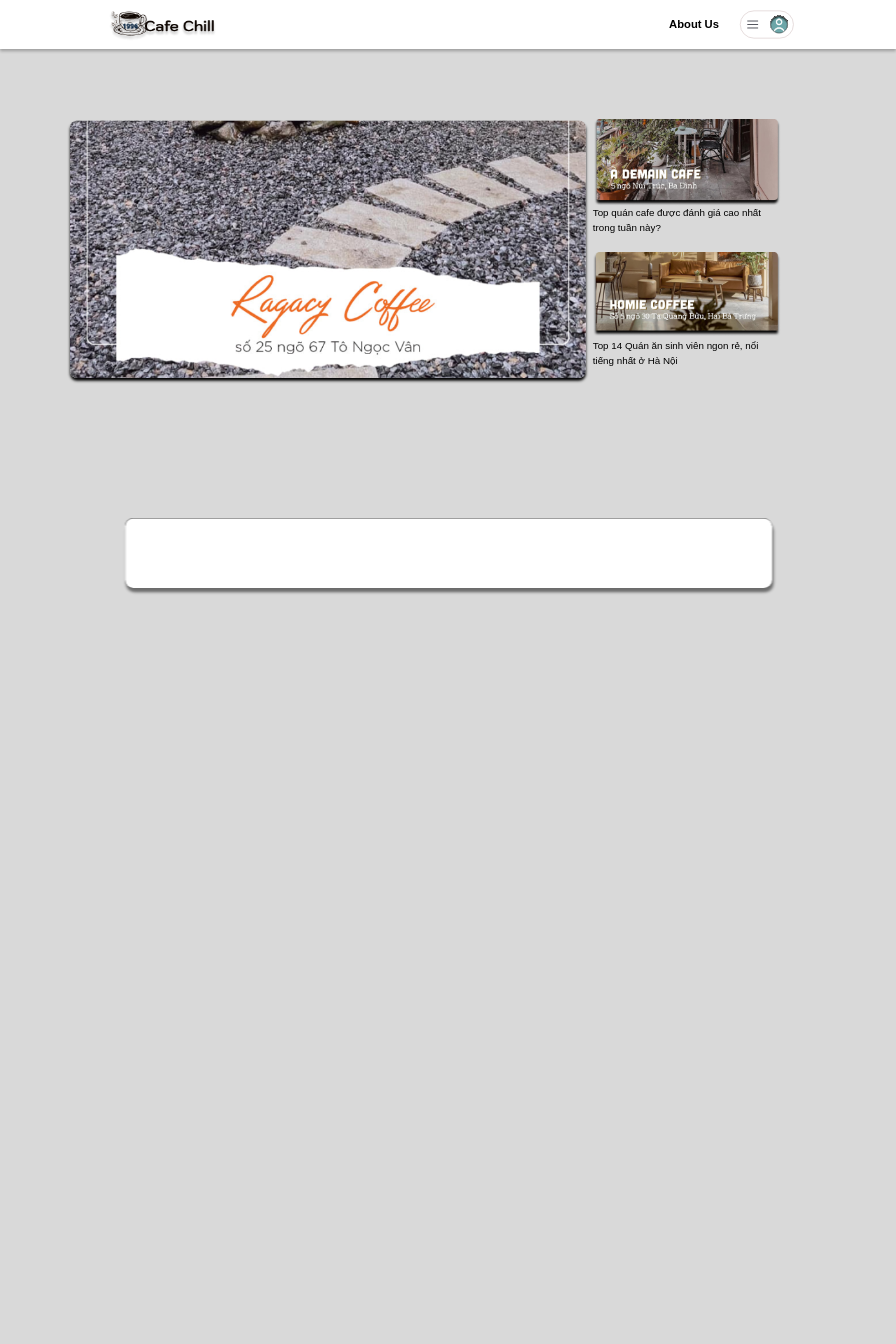
Repository: eriklehnsher/CafeReview-Vue3
Page: /
The author's editor kept a copy of each file at every save. The page is drawn from the files as they stood at one save, then again after the next save.
The browser window is 1280 px wide. The pictures show the part of the page from y = 0 to 1920 px (the page is 7200 px tall), at 70% of full size.
Some web fonts or font styles are not loaded; a fallback is used. The project was rebuilt for these pictures with package versions that can differ from the ones it lists, and the page was loaded fresh each time. Also part of the build but not shown: vue.config.js.

Above is the page before, as saved 2023-10-06 16:34:32.

### public/index.html
<!DOCTYPE html>
<html lang="">
  <head>
    <meta charset="utf-8">
    <meta http-equiv="X-UA-Compatible" content="IE=edge">
    <meta name="viewport" content="width=device-width,initial-scale=1.0">
    <link rel="icon" href="<%= BASE_URL %>LOGO.ico">
    <title><%= htmlWebpackPlugin.options.title %></title>
  </head>
  <body>
    <noscript>
      <strong>We're sorry but <%= htmlWebpackPlugin.options.title %> doesn't work properly without JavaScript enabled. Please enable it to continue.</strong>
    </noscript>
    <div id="app"></div>
    <!-- built files will be auto injected -->
  </body>
</html>

### src/main.js
import "bootstrap/dist/css/bootstrap.css";
import { createApp } from 'vue'
import App from './App.vue'

createApp(App).mount('#app')

import "bootstrap/dist/js/bootstrap.js"

### src/App.vue
<template>
  <Header class="header-app" />
  <HomePage class="homepage-app" />
</template>

<script>
import Header from "./components/Header.vue";
import HomePage from "./components/HomePage.vue";

export default {
  name: "App",
  components: {
    HomePage,
    Header,
  },
};
</script>

<style>
@import url("https://fonts.googleapis.com/css2?family=ABeeZee&display=swap");

body {
  margin: 0px;
}
#app {
  background: #d9d9d9;
  height: 1000vh;
  -webkit-font-smoothing: antialiased;
  -moz-osx-font-smoothing: grayscale;

  font-family: "ABeeZee", sans-serif;
}
.header-app {
  position: sticky;
  top: 0;
}

</style>

### src/components/Header.vue
<template>
  <div class="header">
    <div class="container">
      <nav class="navbar navbar-expand-lg">
        <div class="container-fluid">
          <img src="../assets/logo.png" alt="" class="logo" />

          <div class="collapse navbar-collapse" id="navbarSupportedContent">
            <ul class="navbar-nav me-auto mb-2 mb-lg-0"></ul>
            <div class="btn-group">
              <a class="header-about" href="">About Us</a>
              <div
                type="button"
                class="Author"
                data-bs-toggle="dropdown"
                aria-expanded="false"
              >
                <svg
                  xmlns="http://www.w3.org/2000/svg"
                  width="25"
                  height="40"
                  viewBox="0 0 42 40"
                  fill="none"
                >
                  <path
                    d="M8.59375 11.6667H32.6562"
                    stroke="#33363F"
                    stroke-width="2"
                    stroke-linecap="round"
                  />
                  <path
                    d="M8.59375 20H32.6562"
                    stroke="#33363F"
                    stroke-width="2"
                    stroke-linecap="round"
                  />
                  <path
                    d="M8.59375 28.3333H32.6562"
                    stroke="#33363F"
                    stroke-width="2"
                    stroke-linecap="round"
                  />
                </svg>
                <svg
                  width="30"
                  height="50"
                  viewBox="0 0 50 50"
                  fill="none"
                  xmlns="http://www.w3.org/2000/svg"
                >
                  <g filter="url(#filter0_i_102_131)">
                    <path
                      fill-rule="evenodd"
                      clip-rule="evenodd"
                      d="M4.1665 25C4.1665 13.4941 13.4939 4.16669 24.9998 4.16669C36.5058 4.16669 45.8332 13.4941 45.8332 25C45.8332 31.693 42.6771 37.6488 37.7719 41.4603C36.9132 38.9522 35.3321 36.7452 33.2181 35.1231C30.8604 33.314 27.9717 32.3334 24.9998 32.3334C22.028 32.3334 19.1393 33.314 16.7816 35.1231C14.6676 36.7452 13.0865 38.9522 12.2277 41.4603C7.32261 37.6488 4.1665 31.693 4.1665 25ZM32.0006 36.7098C33.9555 38.2098 35.3754 40.297 36.0539 42.6621C32.8501 44.6715 29.0607 45.8334 24.9998 45.8334C20.939 45.8334 17.1496 44.6715 13.9457 42.6621C14.6242 40.297 16.0442 38.2098 17.9991 36.7098C20.0075 35.1687 22.4683 34.3334 24.9998 34.3334C27.5314 34.3334 29.9922 35.1687 32.0006 36.7098ZM19.7498 18.75C19.7498 15.8505 22.1003 13.5 24.9998 13.5C27.8993 13.5 30.2498 15.8505 30.2498 18.75C30.2498 21.6495 27.8993 24 24.9998 24C22.1003 24 19.7498 21.6495 19.7498 18.75ZM24.9998 11.5C20.9958 11.5 17.7498 14.746 17.7498 18.75C17.7498 22.7541 20.9958 26 24.9998 26C29.0039 26 32.2498 22.7541 32.2498 18.75C32.2498 14.746 29.0039 11.5 24.9998 11.5Z"
                      fill="#6CA6A8"
                    />
                  </g>
                  <path
                    d="M37.7719 41.4603L37.2989 41.6223L37.5257 42.2848L38.0787 41.8551L37.7719 41.4603ZM33.2181 35.1231L32.9137 35.5198L33.2181 35.1231ZM16.7816 35.1231L17.0859 35.5198L16.7816 35.1231ZM12.2277 41.4603L11.9209 41.8551L12.4739 42.2848L12.7008 41.6223L12.2277 41.4603ZM36.0539 42.6621L36.3196 43.0857L36.6383 42.8858L36.5346 42.5242L36.0539 42.6621ZM32.0006 36.7098L31.6962 37.1065L32.0006 36.7098ZM13.9457 42.6621L13.4651 42.5242L13.3614 42.8858L13.6801 43.0857L13.9457 42.6621ZM17.9991 36.7098L17.6947 36.3131H17.6947L17.9991 36.7098ZM24.9998 3.66669C13.2178 3.66669 3.6665 13.2179 3.6665 25H4.6665C4.6665 13.7702 13.77 4.66669 24.9998 4.66669V3.66669ZM46.3332 25C46.3332 13.2179 36.7819 3.66669 24.9998 3.66669V4.66669C36.2296 4.66669 45.3332 13.7702 45.3332 25H46.3332ZM38.0787 41.8551C43.1005 37.9529 46.3332 31.8539 46.3332 25H45.3332C45.3332 31.5321 42.2536 37.3446 37.4652 41.0655L38.0787 41.8551ZM32.9137 35.5198C34.9494 37.0818 36.472 39.207 37.2989 41.6223L38.245 41.2984C37.3545 38.6973 35.7148 36.4086 33.5225 34.7264L32.9137 35.5198ZM24.9998 32.8334C27.8616 32.8334 30.6434 33.7776 32.9137 35.5198L33.5225 34.7264C31.0775 32.8503 28.0817 31.8334 24.9998 31.8334V32.8334ZM17.0859 35.5198C19.3563 33.7776 22.1381 32.8334 24.9998 32.8334V31.8334C21.918 31.8334 18.9222 32.8503 16.4772 34.7264L17.0859 35.5198ZM12.7008 41.6223C13.5277 39.207 15.0502 37.0818 17.0859 35.5198L16.4772 34.7264C14.2849 36.4086 12.6452 38.6973 11.7547 41.2984L12.7008 41.6223ZM3.6665 25C3.6665 31.8539 6.89917 37.9529 11.9209 41.8551L12.5345 41.0655C7.74605 37.3446 4.6665 31.5321 4.6665 25H3.6665ZM36.5346 42.5242C35.8266 40.0563 34.3449 37.8784 32.305 36.3131L31.6962 37.1065C33.5661 38.5413 34.9243 40.5377 35.5733 42.8L36.5346 42.5242ZM24.9998 46.3334C29.1574 46.3334 33.0385 45.1436 36.3196 43.0857L35.7883 42.2385C32.6617 44.1995 28.964 45.3334 24.9998 45.3334V46.3334ZM13.6801 43.0857C16.9612 45.1436 20.8423 46.3334 24.9998 46.3334V45.3334C21.0357 45.3334 17.3379 44.1995 14.2114 42.2385L13.6801 43.0857ZM17.6947 36.3131C15.6548 37.8784 14.1731 40.0563 13.4651 42.5242L14.4263 42.8C15.0753 40.5377 16.4336 38.5413 18.3035 37.1065L17.6947 36.3131ZM24.9998 33.8334C22.3582 33.8334 19.7904 34.705 17.6947 36.3131L18.3035 37.1065C20.2246 35.6324 22.5784 34.8334 24.9998 34.8334V33.8334ZM32.305 36.3131C30.2092 34.705 27.6415 33.8334 24.9998 33.8334V34.8334C27.4213 34.8334 29.7751 35.6324 31.6962 37.1065L32.305 36.3131ZM24.9998 13C21.8242 13 19.2498 15.5744 19.2498 18.75H20.2498C20.2498 16.1267 22.3765 14 24.9998 14V13ZM30.7498 18.75C30.7498 15.5744 28.1755 13 24.9998 13V14C27.6232 14 29.7498 16.1267 29.7498 18.75H30.7498ZM24.9998 24.5C28.1755 24.5 30.7498 21.9257 30.7498 18.75H29.7498C29.7498 21.3734 27.6232 23.5 24.9998 23.5V24.5ZM19.2498 18.75C19.2498 21.9257 21.8242 24.5 24.9998 24.5V23.5C22.3765 23.5 20.2498 21.3734 20.2498 18.75H19.2498ZM18.2498 18.75C18.2498 15.0221 21.2719 12 24.9998 12V11C20.7196 11 17.2498 14.4698 17.2498 18.75H18.2498ZM24.9998 25.5C21.2719 25.5 18.2498 22.4779 18.2498 18.75H17.2498C17.2498 23.0302 20.7196 26.5 24.9998 26.5V25.5ZM31.7498 18.75C31.7498 22.4779 28.7278 25.5 24.9998 25.5V26.5C29.28 26.5 32.7498 23.0302 32.7498 18.75H31.7498ZM24.9998 12C28.7278 12 31.7498 15.0221 31.7498 18.75H32.7498C32.7498 14.4698 29.28 11 24.9998 11V12Z"
                    fill="white"
                  />
                  <rect
                    x="4.6665"
                    y="4.66669"
                    width="40.6667"
                    height="40.6667"
                    rx="20.3333"
                    stroke="#222222"
                  />
                  <defs>
                    <filter
                      id="filter0_i_102_131"
                      x="3.6665"
                      y="3.66669"
                      width="42.6665"
                      height="46.6667"
                      filterUnits="userSpaceOnUse"
                      color-interpolation-filters="sRGB"
                    >
                      <feFlood flood-opacity="0" result="BackgroundImageFix" />
                      <feBlend
                        mode="normal"
                        in="SourceGraphic"
                        in2="BackgroundImageFix"
                        result="shape"
                      />
                      <feColorMatrix
                        in="SourceAlpha"
                        type="matrix"
                        values="0 0 0 0 0 0 0 0 0 0 0 0 0 0 0 0 0 0 127 0"
                        result="hardAlpha"
                      />
                      <feOffset dy="4" />
                      <feGaussianBlur stdDeviation="2" />
                      <feComposite
                        in2="hardAlpha"
                        operator="arithmetic"
                        k2="-1"
                        k3="1"
                      />
                      <feColorMatrix
                        type="matrix"
                        values="0 0 0 0 0 0 0 0 0 0 0 0 0 0 0 0 0 0 1 0"
                      />
                      <feBlend
                        mode="normal"
                        in2="shape"
                        result="effect1_innerShadow_102_131"
                      />
                    </filter>
                  </defs>
                </svg>
              </div>
              <ul class="dropdown-menu dropdown-menu-end">
                <li><a class="dropdown-item" href="">LogIn</a></li>
                <li><a class="dropdown-item" href="">Sign In</a></li>
                <li><hr class="dropdown-divider" /></li>
                <li><a class="dropdown-item" href="">LogOut</a></li>
              </ul>
            </div>
          </div>
        </div>
      </nav>
    </div>
  </div>
</template>

<script>
export default {};
</script>

<!-- Add "scoped" attribute to limit CSS to this component only -->
<style scoped>
.header {

  box-shadow: 0px 4px 4px 0px rgba(30, 30, 30, 0.3);
  width: 100%;
  height: 70px;
  background-color: #fff;
  display: flex;
  justify-content: space-between;
  align-items: center;
  transition: 0.6s;
}
.container {
  padding: 10px 5%;
}
.logo {
  width: auto;
  height: 80px;
}
.logo:hover {
  cursor: pointer;
}
a {
  font-size: 16px;
  font-weight: 700;
  text-decoration: none;
  color: #000;
  margin-right: 20px;
}
a:hover {
  color: #000;
}
.Author {
  border-radius: 50px;
  border: 1px solid #dbcfcf;
  background: #fff;
  width: auto;
  height: 40px;
  display: inline-flex;
  flex-direction: row;
  justify-content: space-around;
  align-items: center;
  gap: 10px;
  padding: 5px;
}
.Author:hover {
  cursor: pointer;
  box-shadow: 0px 4px 4px 0px rgba(83, 80, 80, 0.25);
}
.dropdown-menu {
  margin-top: 10px;
  right: 5px;
  border: 1px solid #dbcfcf;
  border-radius: 5px;
  box-shadow: 0px 4px 4px 0px rgba(83, 80, 80, 0.25);
}
.dropdown-item {
  font-size: 14px;
  font-weight: 300;
}
.btn-group {
  display: flex;
  flex-direction: row;
  justify-content: space-around;
  align-items: center;
  gap: 10px;
}
</style>

### src/components/HomePage.vue
<template>
  <div class="homepage">

      <div class="banner">
        <div class="banner-flex d-flex">
          <div class="">
            <img
              src="../assets/images/images-slider1.png"
              class="banner-bg d-block w-100"
              alt="..."
            />
            <!-- <div
            id=""
            class="carousel slide"
            data-bs-ride="carousel"
          >
            <div class="carousel-inner">
              <div class="carousel-item active">
                <img
                  src="../assets/images/images-slider1.png"
                  class="d-block w-100"
                  alt="..."
                />
              </div>
              <div class="carousel-item">
                <img
                  src="../assets/images/images-slider2.png"
                  class="d-block w-100"
                  alt="..."
                />
              </div>
              <div class="carousel-item">
                <img
                  src="../assets/images/images-slider3.png"
                  class="d-block w-100"
                  alt="..."
                />
              </div>
              <div class="carousel-item">
                <img
                  src="../assets/images/images-slider4.png"
                  class="d-block w-100"
                  alt="..."
                />
              </div>
            </div>
          </div> -->
          </div>
          <div class="promo">
            <div class="promo-1">
              <img class="promo-img" src="../assets/images/promo1.png" alt="" />
              <p class="promo-text">
                Top quán cafe được đánh giá cao nhất trong tuần này?
              </p>
            </div>
            <div class="promo-1 mt-4">
              <img class="promo-img" src="../assets/images/promo2.png" alt="" />
              <p class="promo-text">
                Top 14 Quán ăn sinh viên ngon rẻ, nổi tiếng nhất ở Hà Nội
              </p>
            </div>
          </div>
        </div>

    </div>

    <div class="search-box"></div>
  </div>
</template>

<script>
export default {};
</script>

<!-- Add "scoped" attribute to limit CSS to this component only -->
<style scoped>
.homepage {
  display: flex;
  flex-direction: column;
  justify-content: center;
  align-items: center;
}

.banner {

  padding: 100px 100px;
  height: 100vh;
}

.promo-1:hover {
  cursor: pointer;
}
.promo-text {
  width: 80%;
  height: 100%;
  color: black;
  font-size: 14px;
  font-family: inherit;
  font-weight: 300;
}
.carousel {
  border-radius: 10px;
  box-shadow: 0px 4px 4px 0px #000;
}
.banner-flex {
  display: flex;
  gap: 10px;
  justify-content: center;
  align-items: center;
}
.banner-bg {
  border-radius: 10px;
  box-shadow: 0px 4px 4px 0px #000;
}
.carousel-inner {
  border-radius: 10px;
}
.search-box {
  width: 925px;
  height: 100px;
  border-radius: 12px;
  border-top: 1px solid rgba(0, 0, 0, 0.5);
  border-left: 1px solid rgba(0, 0, 0, 0.5);
  background: #fff;
  box-shadow: 2px 6px 4px 0px rgba(0, 0, 0, 0.5);
  backdrop-filter: blur(2px);
  position: relative;
  z-index: 1;
  top: -50px;
}
</style>

After the next save:
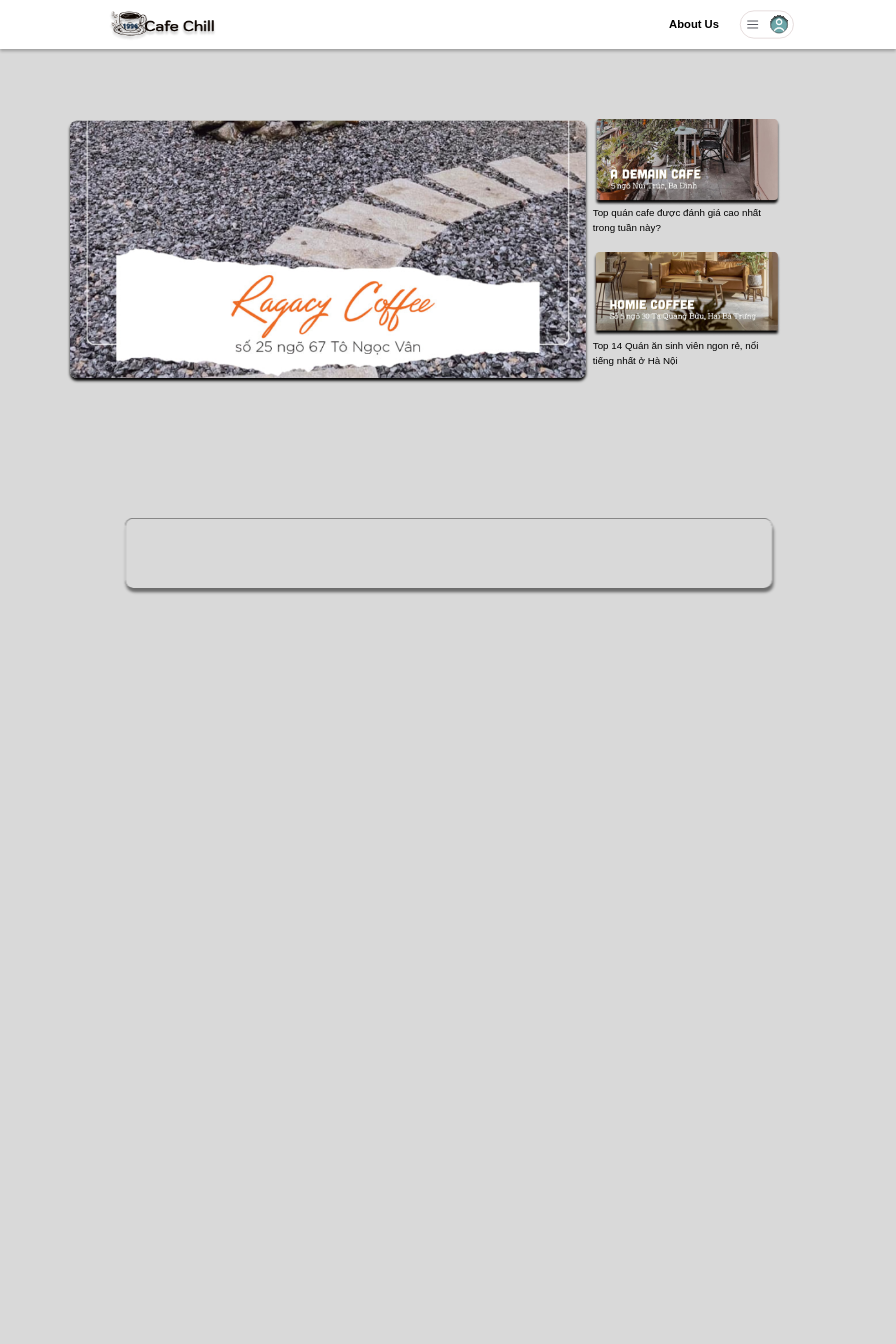
Saved 14 s later.
--- a/src/components/HomePage.vue
+++ b/src/components/HomePage.vue
@@ -121,7 +121,7 @@
   border-radius: 12px;
   border-top: 1px solid rgba(0, 0, 0, 0.5);
   border-left: 1px solid rgba(0, 0, 0, 0.5);
-  background: #fff;
+   background: #d9d9d9;
   box-shadow: 2px 6px 4px 0px rgba(0, 0, 0, 0.5);
   backdrop-filter: blur(2px);
   position: relative;
